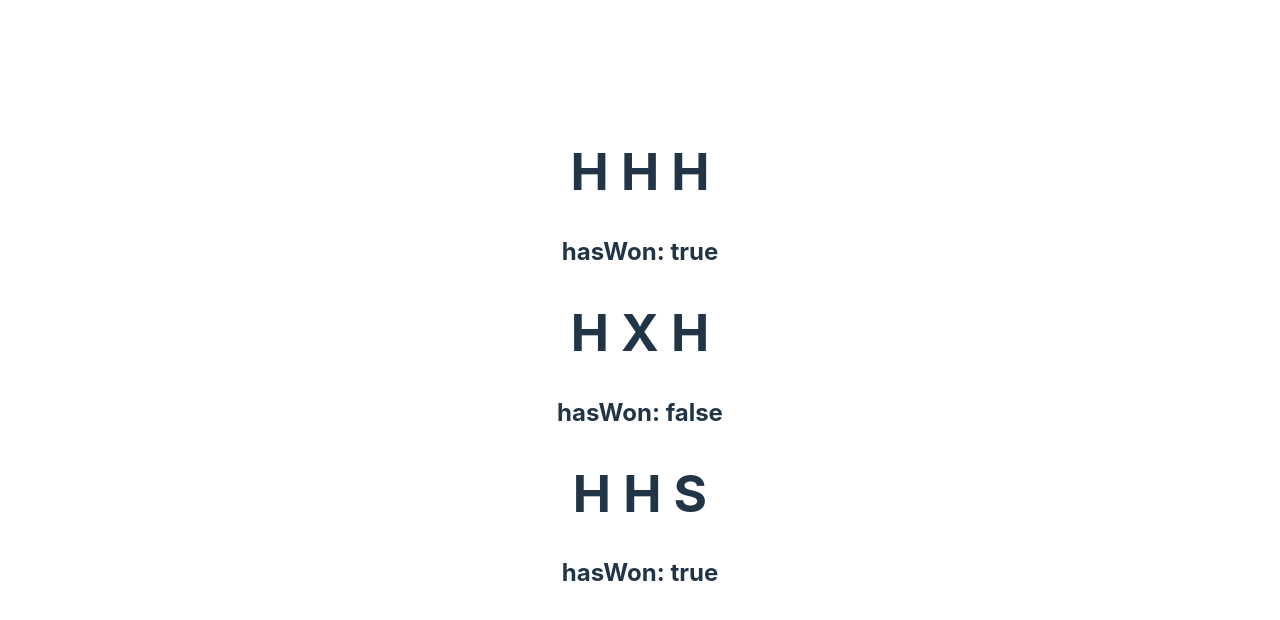
Repository: SmooothCriminal001/ReactLearning
Page: / (app in slot-machine-exercise/)
These files come from the project's save history. The page is drawn as it stood at one moment and after the next save; the edit follows.
The browser window is 1280 px wide. The pictures show the whole page.
The project was rebuilt for these pictures with package versions that can differ from the ones it lists, and the page was loaded fresh each time. Also part of the build but not shown: slot-machine-exercise/vite.config.js.

Above is the page before, as saved 2024-07-25 14:12:14.

After the next save:
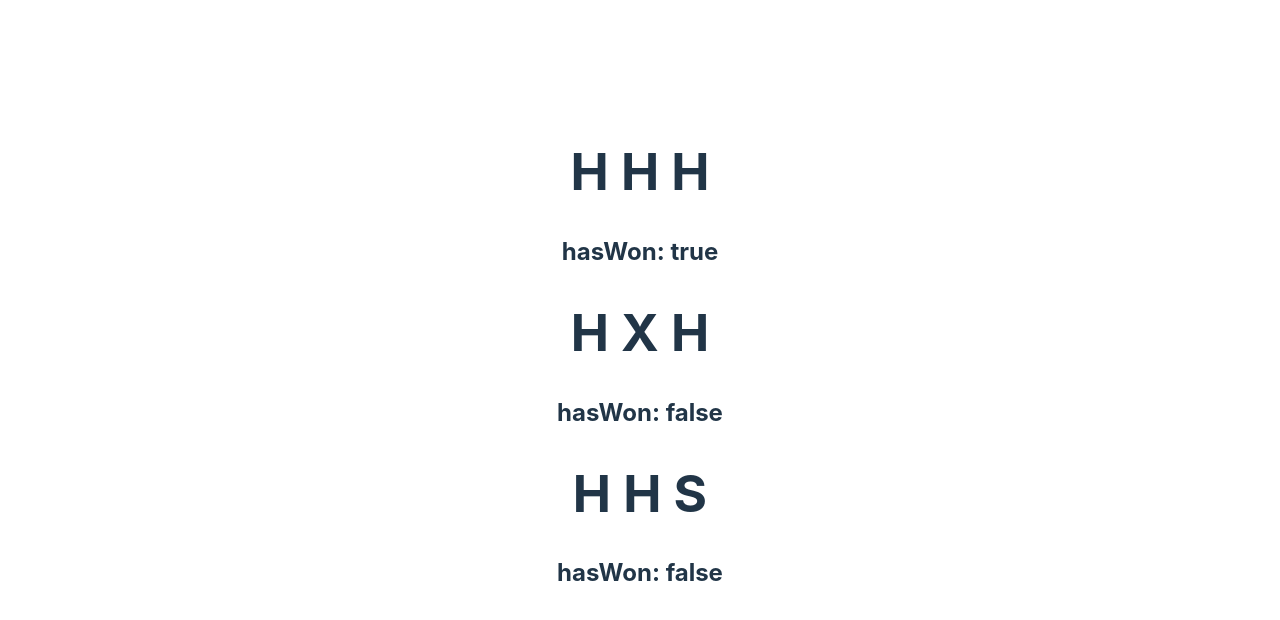
Saved 44 s later.
--- a/slot-machine-exercise/src/Slots.jsx
+++ b/slot-machine-exercise/src/Slots.jsx
@@ -1,7 +1,7 @@
 import "./Slots.css"
 
 export default function Slots({ firstPull, secondPull, thirdPull}){
-    const hasWon = firstPull === secondPull ? "true" : "false"
+    const hasWon = (firstPull === secondPull) && (secondPull == thirdPull) ? "true" : "false"
     return <>
         <h1>{firstPull} {secondPull} {thirdPull}</h1>
         <h2>hasWon: {hasWon}</h2>
